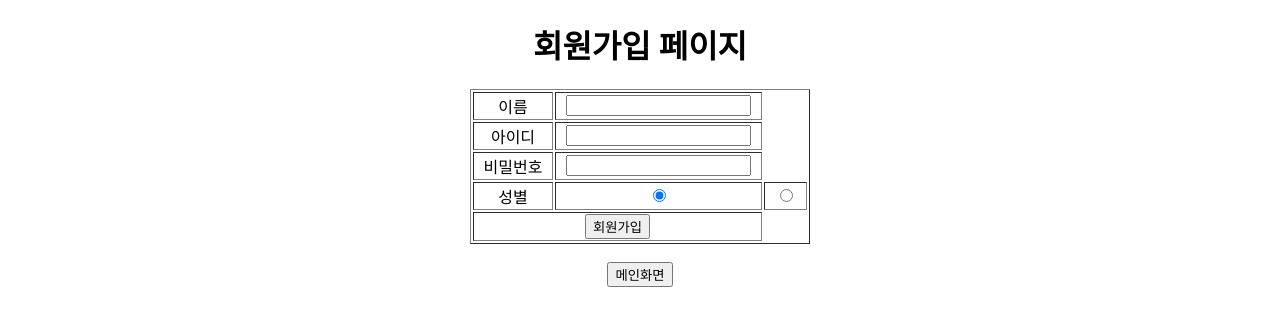
Repository: jjuhye/JSPWorkspace
Page: http://localhost/basic/05_memberLogin/03_11_joinForm.jsp
The author's editor kept a copy of each file at every save. The page is drawn from the files as they stood at one save, then again after the next save.
The browser window is 1280 px wide. The pictures show the whole page.
The page is served by Tomcat 9. Other server files are loaded and not shown.

Above is the page before, as saved 2023-02-23 03:51:26.

### basic/src/main/webapp/05_memberLogin/03_11_joinForm.jsp
<%@ page language="java" contentType="text/html; charset=UTF-8"
    pageEncoding="UTF-8"%>
<!DOCTYPE html>
<html>
<head>
<meta charset="UTF-8">
<title>회원가입</title>
<link rel="stylesheet" href="./member.css">
</head>
<body>

<div align="center">
	<h1> 회원가입 페이지 </h1>

	<form action="03_12_joinPro.jsp" method="post">
		<table border="1">
		    <tr>
				<td>이름</td>
		        <td><input type="text" name="newName"></td>
		    </tr>
		    <tr>
				<td>아이디</td>
		        <td><input type="text" name="newId"></td>
		    </tr>
		    <tr>
		        <td>비밀번호</td>
		        <td><input type="text" name="newPw"></td>
		    </tr>
		    <tr>
		        <td>성별</td>
		        <td><input type="radio" name="newGen" checked></td>
		        <td><input type="radio" name="newGen"></td>
		    </tr>
		    <tr>
		    <td colspan="2"><input type="submit" value="회원가입"/></td>
		    </tr>
		</table>
		<br>
		<input type="submit" value="메인화면" formaction="02_main.jsp"/>
	</form>
</div>
</body>
</html>

### basic/src/main/webapp/05_memberLogin/member.css
@charset "UTF-8";

/* table{
	text-align: center;
} */

/* tr:nth-child(1){
	background-color:lightgray;
	font-weight: bold;
} */

td{
	padding: 1px 10px;
	text-align:center;
}

After the next save:
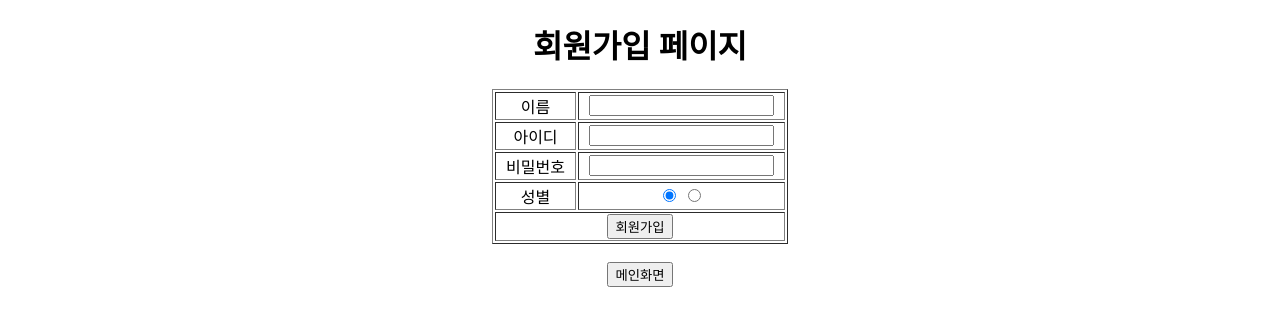
Saved 16 s later.
--- a/basic/src/main/webapp/05_memberLogin/03_11_joinForm.jsp
+++ b/basic/src/main/webapp/05_memberLogin/03_11_joinForm.jsp
@@ -28,8 +28,8 @@
 		    </tr>
 		    <tr>
 		        <td>성별</td>
-		        <td><input type="radio" name="newGen" checked></td>
-		        <td><input type="radio" name="newGen"></td>
+		        <td><input type="radio" name="newGen" checked>
+		        <input type="radio" name="newGen"></td>
 		    </tr>
 		    <tr>
 		    <td colspan="2"><input type="submit" value="회원가입"/></td>
